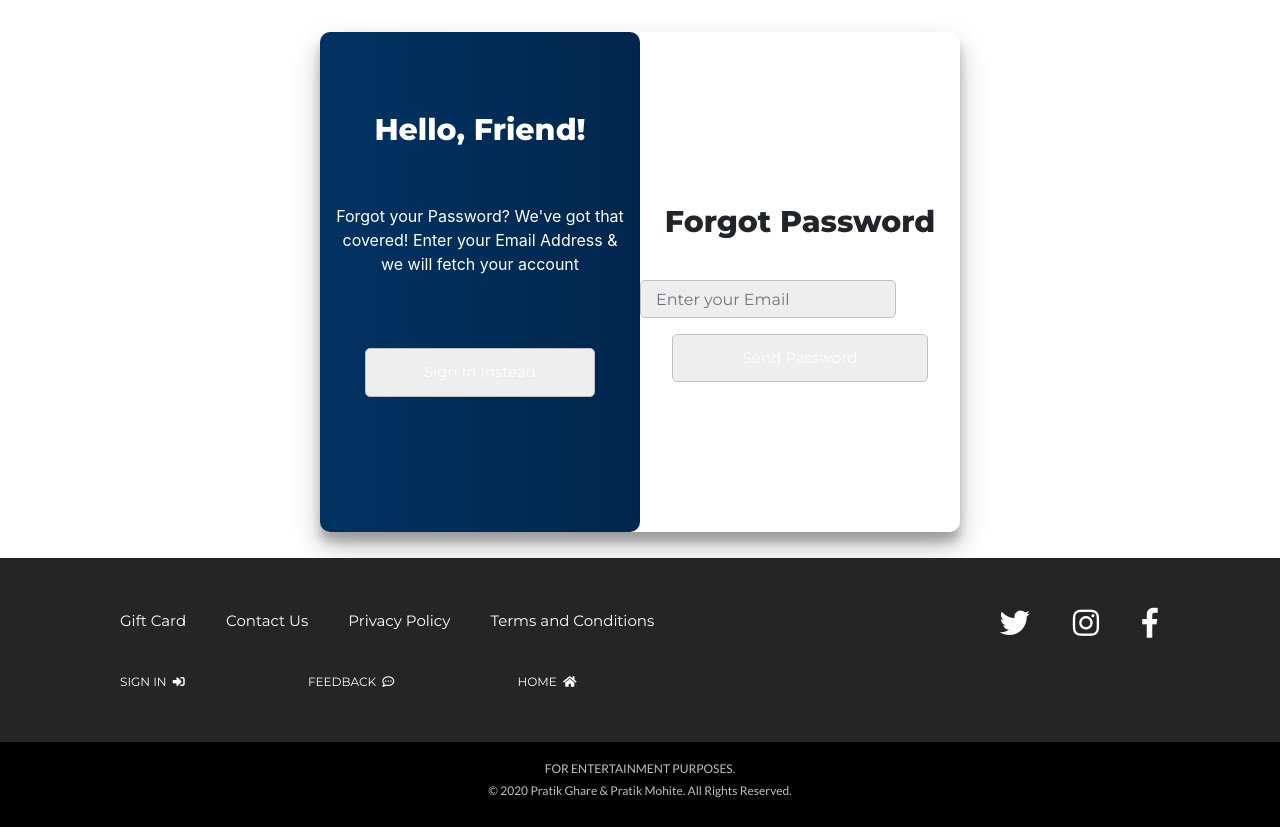
Repository: pratikghare/CafeImbiss
Page: http://localhost/Cafeteria/forgot.jsp
These files come from the project's save history. The page is drawn as it stood at one moment and after the next save; the edit follows.
The browser window is 1280 px wide. The pictures show the whole page.
Some web fonts or font styles are not loaded; a fallback is used. Some web libraries are served in a nearby version. The page is served by Tomcat 9.

Above is the page before, as saved 2020-11-04 14:52:50.

After the next save:
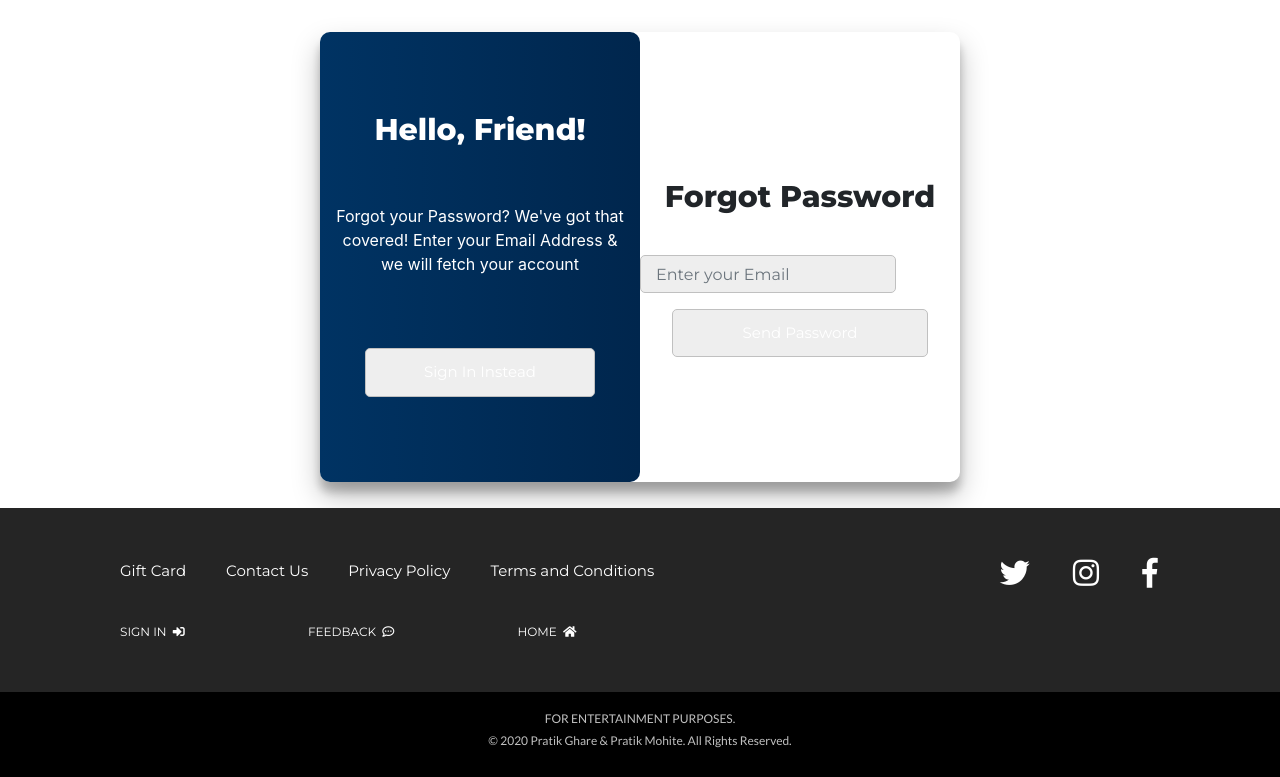
Saved 24 s later.
--- a/Cafeteria/WebContent/references/login.css
+++ b/Cafeteria/WebContent/references/login.css
@@ -46,7 +46,7 @@
 .login-container{
     display: grid;
     grid-template-columns: repeat(auto-fit, minmax(300px, 1fr));
-    min-height: 500px;
+    min-height: 450px;
     max-width: 850px;
     border-radius: 10px;
     box-shadow: 0 14px 28px rgba(0, 0, 0, 0.25), 0 10px 10px rgba(0, 0, 0, 0.22);
